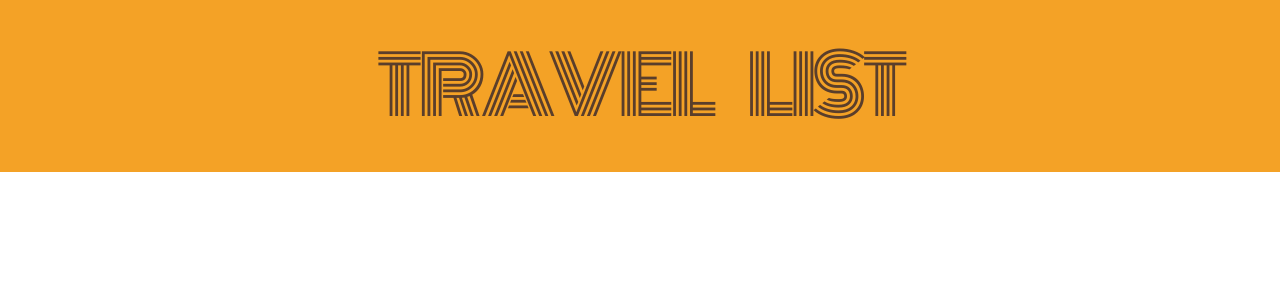
Repository: Wanter56/Travel-List
Page: /
The author's editor kept a copy of each file at every save. The page is drawn from the files as they stood at one save, then again after the next save.
The browser window is 1280 px wide. The pictures show the whole page.
The project was rebuilt for these pictures with package versions that can differ from the ones it lists, and the page was loaded fresh each time.

Above is the page before, as saved 2025-11-03 21:19:58.

### src/App.js
export default function App() {
  return (
    <div>
      <h1>Travel List</h1>
    </div>
  );
}
function Logo() {}
function Form() {}
function PackingList() {}
function Stats() {}

Loaded but not shown: public/index.html (common file); src/index.js (common file); src/index.css (common file)

After the next save:
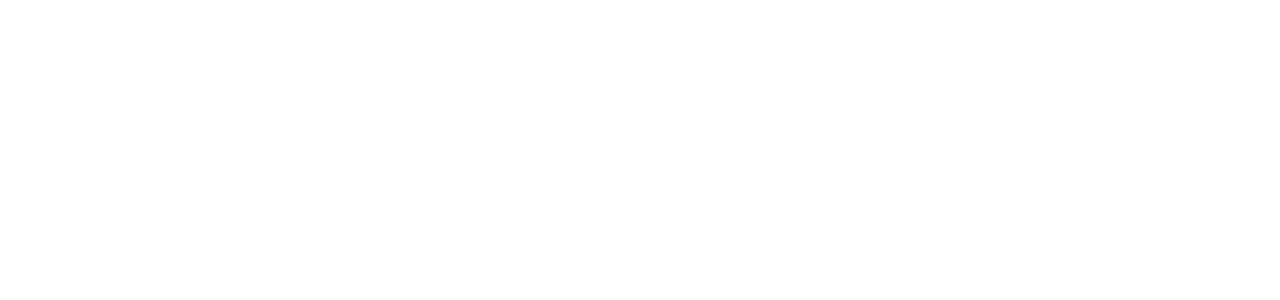
Saved 19 s later.
--- a/src/App.js
+++ b/src/App.js
@@ -1,7 +1,10 @@
 export default function App() {
   return (
     <div>
-      <h1>Travel List</h1>
+      <Logo />
+      <Form />
+      <PackingList />
+      <Stats />
     </div>
   );
 }

After the save that followed:
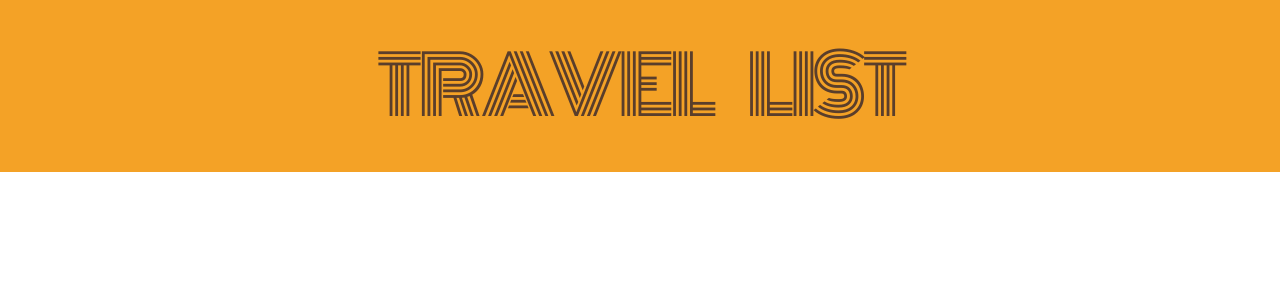
Saved 52 s later.
--- a/src/App.js
+++ b/src/App.js
@@ -8,7 +8,15 @@
     </div>
   );
 }
-function Logo() {}
-function Form() {}
-function PackingList() {}
-function Stats() {}
+function Logo() {
+  return <h1>Travel List</h1>;
+}
+function Form() {
+  return <form></form>;
+}
+function PackingList() {
+  return <ul></ul>;
+}
+function Stats() {
+  return <div></div>;
+}
